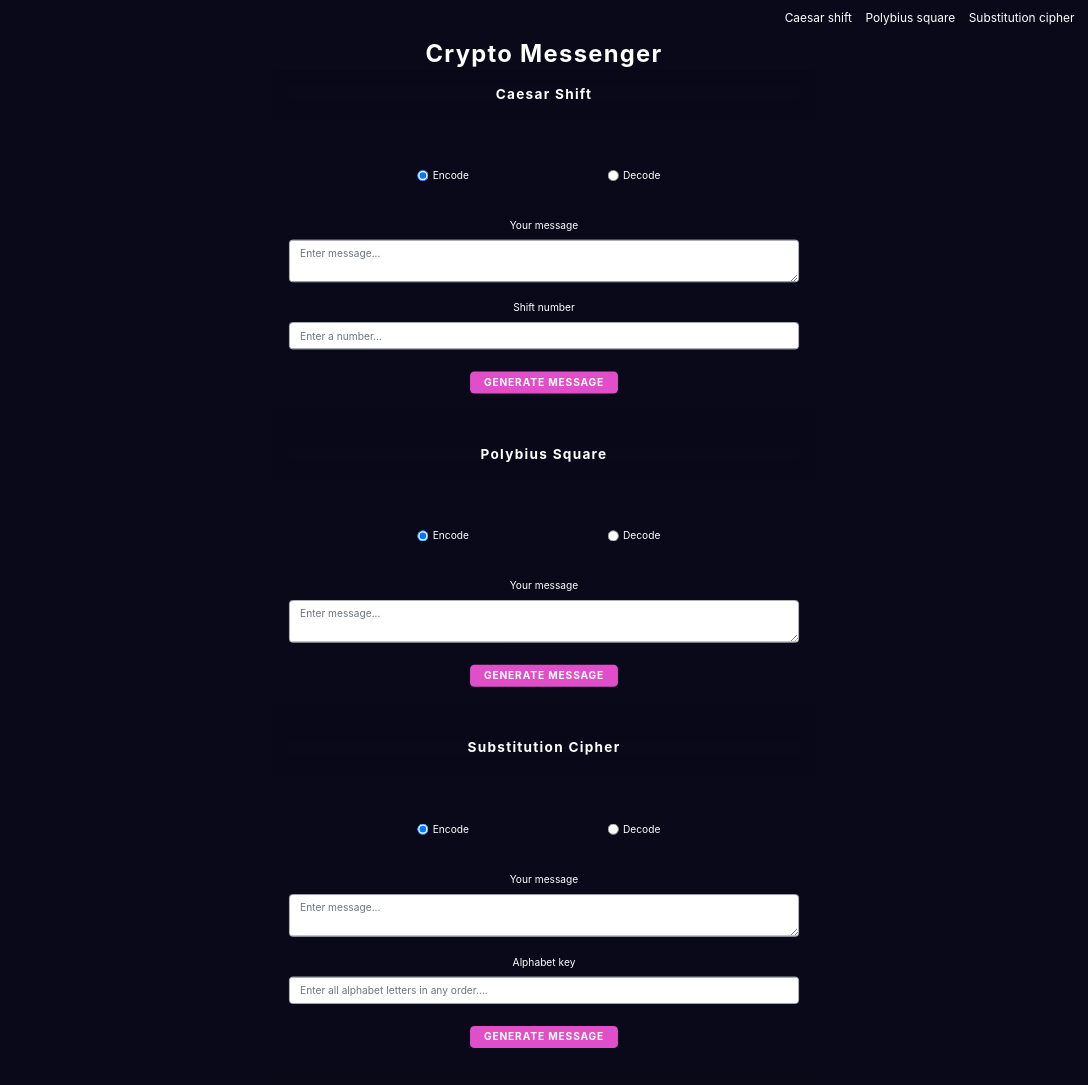
Repository: Rthompson2548/Project-Decoder-Ring
Page: index.html
The author's editor kept a copy of each file at every save. The page is drawn from the files as they stood at one save, then again after a run of saves.
The browser window is 1280 px wide. The pictures show the whole page, at 85% of full size.

Above is the page before, as saved 2022-04-09 20:18:09.

### index.html
<!DOCTYPE html>
<html lang="en">

<head>
  <!-- Required meta tags -->
  <meta charset="utf-8" />
  <meta name="viewport" content="width=device-width, initial-scale=1, shrink-to-fit=no" />
  <link rel="icon" href="images/favicon.ico" />
  <link rel="stylesheet" type="text/css" href="index.css" />
  <link rel="stylesheet" href="https://stackpath.bootstrapcdn.com/bootstrap/4.5.2/css/bootstrap.min.css"
    integrity="sha384-JcKb8q3iqJ61gNV9KGb8thSsNjpSL0n8PARn9HuZOnIxN0hoP+VmmDGMN5t9UJ0Z" crossorigin="anonymous" />
<link rel="preconnect" href="https://fonts.googleapis.com">
<link rel="preconnect" href="https://fonts.gstatic.com" crossorigin>
<link href="https://fonts.googleapis.com/css2?family=Archivo&family=Montserrat&family=Work+Sans&display=swap"
  rel="stylesheet">
  <title>Crypto-Messenger</title>
</head>

<body>
  <header class="container-fluid border-0">
    <div class="nav-bar fixed-top">
      <div class="nav-bar">
        <a href="#caesar-shift"> <span class="nav-bar-item">
            Caesar shift
          </span> </a>
          <a href="#polybius-square"> <span class="nav-bar-item">
            Polybius square
          </span> </a>
          <a href="#substitution-cipher"> <span class="nav-bar-item">
            Substitution cipher
          </span> </a>
      </div>
    </div>
  </header>
  <main>
    <div class="header">
      <span class="page-title">
        Crypto Messenger
      </span>
      <!-- <p>Use ciphers to encode & decode messages</p> -->
      </div>

    <div class="page-content">
      <!-- Caesar Shift -->
      <section>
        <div class="language-card" id="caesar-shift">
          <div class="card-header">
            <h2 class="language-card-title">Caesar Shift</h2>
            </div>
            <div class="card-body">

            <form id="caesar">
<!-- encode/decode radio option buttons -->
              <div class="encode-decode-options">
                <!-- encode option radio button -->
                <div class="form-check form-check-inline">
                  <input class="form-check-input" type="radio" name="caesar-options" id="caesar-options-encode" value="encode" checked />

                  <label class="form-check-label" for="caesar-options-encode">
                    Encode
                  </label>

                </div>
<!-- decode option radio button -->
                <div class="form-check form-check-inline">
                  <input class="form-check-input" type="radio" name="caesar-options" id="caesar-options-decode" value="decode" />

                  <label class="form-check-label" for="caesar-options-decode">
                    Decode
                  </label>

                </div>
              </div>

              <div class="form-group">
                <label for="caesar-input">Your message</label>
                <textarea class="form-control" id="caesar-input" rows="2" placeholder="Enter message..."></textarea>
                </div>
                <div class="form-group">
                  <label for="caesar-shift">Shift number</label>
                  <input type="number" class="form-control" id="caesar-shift" placeholder="Enter a number..." />
                </div>
              <div class="submit-button-container">
                <button class="submit-button" type="submit">GENERATE MESSAGE</button>
              </div>
            </form>
            </div>
          <div id="caesar-alert" class="alert alert-danger d-none" role="alert"> Something went wrong! Check your input
            and the shift amount and try again. </div>
          <div class="card-footer"><span class="font-weight-bold" id="caesar-output"></span> </div>
          </div>
          </section>
      <!-- Polybius -->
      <section>
        <div class="language-card" id="polybius-square">
          <div class="card-header">
            <h2 class="language-card-title">Polybius Square</h2>
            </div>
            <div class="card-body">
            <!-- <p class="language-card-description"> The Polybius Square is a cipher that is achieved by arranging a
              typical alphabet into a grid. Each letter is represented through a coordinate. For example, in the above
              table, the letter "B" would be represented by the numerical pair "21". </p> -->
            <form id="polybius">
              <div class="encode-decode-options">
                <div class="form-check form-check-inline">
                  <input class="form-check-input" type="radio" name="polybius-options" id="polybius-options-encode" value="encode"
                    checked />
                  <label class="form-check-label" for="polybius-options-encode">Encode</label>
                </div>
                <div class="form-check form-check-inline">
                  <input class="form-check-input" type="radio" name="polybius-options" id="polybius-options-decode" value="decode" />
                  <label class="form-check-label" for="polybius-options-decode">Decode</label>
                </div>
              </div>
              <div class="form-group">
                <label for="polybius-input">Your message</label>
                <textarea class="form-control" id="polybius-input" rows="2" placeholder="Enter message..."></textarea>
                </div>
              <div class="submit-button-container">
                <button class="submit-button" type="submit">GENERATE MESSAGE</button>
              </div>
            </form>
            </div>
          <div id="polybius-alert" class="alert alert-danger d-none" role="alert"> Something went wrong! Check your
            input and try again. </div>
          <div class="card-footer"><span class="font-weight-bold" id="polybius-output"></span> </div>
          </div>
          </section>
      <!-- Substitution -->
      <section id="substitution-cipher">
        <div class="language-card">
          <div class="card-header">
            <h2 class="language-card-title">Substitution Cipher</h2>
            </div>
            <div class="card-body">

            <form id="substitution">
              <div class="encode-decode-options">
                <div class="form-check form-check-inline">
                  <input class="form-check-input" type="radio" name="substitution-options" id="substitution-options-encode"
                    value="encode" checked />
                  <label class="form-check-label" for="substitution-options-encode">Encode</label>
                </div>
                <div class="form-check form-check-inline">
                  <input class="form-check-input" type="radio" name="substitution-options" id="substitution-options-decode"
                    value="decode" />
                  <label class="form-check-label" for="substitution-options-decode">Decode</label>
                </div>
              </div>
              <div class="form-group">
                <label for="substitution-input">Your message</label>
                <textarea class="form-control" id="substitution-input" rows="2" placeholder="Enter message..."></textarea>
                </div>
                <div class="form-group">
                  <label for="substitution-alphabet">Alphabet key</label>
                  <input type="text" class="form-control" id="substitution-alphabet" maxlength="26"
                    placeholder="Enter all alphabet letters in any order...." />
                </div>
              <div class="submit-button-container">
                <button class="submit-button" type="submit">GENERATE MESSAGE</button>
              </div>
            </form>
            </div>
          <div id="substitution-alert" class="alert alert-danger rounded-0 d-none" role="alert"> Something went wrong!
            Check your input and alphabet key. </div>
          <div class="card-footer border-0"><span class="font-weight-bold" id="substitution-output"></span> </div>
          </div>
          </section>
    </div>

  </main>
  <script src="./scripts/setup.js"></script>
  <script src="./src/caesar.js"></script>
  <script src="./src/polybius.js"></script>
  <script src="./src/substitution.js"></script>
  <script src="./scripts/caesar.js"></script>
  <script src="./scripts/polybius.js"></script>
  <script src="./scripts/substitution.js"></script>
</body>

</html>

### index.css
* {
  background-color: rgb(9 9 25);
  color: #fff;
  margin: 0;
  padding: 0;
}

html, body, #page {
    /* height:100%; */
    /* width:100%; */
    margin:0;
    padding:0;
    font-family: 'Montserrat', sans-serif;
}

input, textarea {
  font-size: 12px !important;
}

.page-content {
  /* font-family: 'Space Mono', monospace; */
  align-items: center;
  /* width: 750px; */
}

.page-title {
  color: #fff;
  font-size: 28px;
  font-weight: bold;
  display: flex;
  letter-spacing: 1.5px;
  justify-content: center;
  margin-top: 42px;
}

.nav-bar {
  display: flex;
  justify-content: center;
  padding: 4px 0;
}

.nav-bar-item {
  font-size: 14px;
  margin-right: 16px;
}

.header {
  display: flex;
  justify-content: center;
}

.encode-decode-options {
  display: flex;
  justify-content: space-evenly;
  margin: 36px 0;
  font-size: 15px;
}

section {
  text-align: center;
}

label {

}

.language-card {
  display: inline-block;
  width: 50%;
  color: #000;
  border: none;
  border-radius: 8px;
  margin: 0 10%;
}

.language-card-title {
  font-size: 20px;
  font-weight: bold;
  letter-spacing: 1.5px;
  margin-top: 5px;
}

.language-card-description {
  font-size: 14px;
  line-height: 1.5rem;
  letter-spacing: 0.5px;
  margin-bottom: 18px;
}

.submit-button-container {
  display: flex;
  justify-content: center;
}

.submit-button {
  background-color: rgb(225 78 202);
  border: none;
  color: #fff;
  border-radius: 5px;
  padding: 4px 16px;
  margin-top: 10px;
  font-size: 12px;
  letter-spacing: 1px;
  font-weight: bold;
}

@media (min-width: 1000px) {

  .page-content {

  }

  .nav-bar {
    justify-content: end;
  }

  .language-card-title {
    font-size: 16px;
  }

  .language-card-description {
    font-size: 12px;
  }

  label {
    font-size: 12px;
  }
}

### src/caesar.js
const caesarModule = (function() {
    function caesar(input, shift, encode = true) {
        if (!shift || shift === 0 || shift < -25 || shift > 25) return false;
        /* create a variable that takes the input value and converts it to lower case letters so that all characters have the correct ascii values */
        let word = input.toLowerCase().split("");

        /** will subtract the shift value from the word if "decode" to return the original letters of the word */
        if (!encode) shift = 0 - shift;
        // create a variable that maps each letter of the word
        const message = word.map((letter) => {
            let asciiValue = letter.charCodeAt(0) - 97;
            if (asciiValue < 0 || asciiValue > 26) return letter;

            /* add the ascii code value of the letter to the
            shift argument value to convert  it to the right
            character */
            asciiValue += shift;

            /* if the character's value is less than the 'a' value,
            add 26 to it so that it wraps around the alphabet. */
            if (asciiValue < 0) asciiValue += 26;
            asciiValue = asciiValue % 26;

            /* why do we add the ascii value to 97, which is 'a', if
            we already added it's ascii value to shift? Isn't that how
            we encode the message? */

            asciiValue += 97;

            /* user String.fromCharCode to connect the ascii
            code message back to letter values */
            return String.fromCharCode(asciiValue);
        });

        /* join each new character together to create a full word */
        return message.join("");
    }


    return {
        caesar,
    };
})();

module.exports = {
    caesar: caesarModule.caesar
};

### src/polybius.js
const polybiusModule = (function() {
    function polybius(input, encode = true) {
        /* create a variable that takes the input message, converts it all to lowercase, and use split to return an array of each letter separated by a single comma */
        const split = input.toLowerCase().split("");
        /* create an array of every letter(s) in the polybius square. This array will be separated into multiple inner arrays of letters within the array according to their row */
        const polybiusSquare = [
            ["a", "b", "c", "d", "e"],
            ["f", "g", "h", "(i/j)", "k"],
            ["l", "m", "n", "o", "p"],
            ["q", "r", "s", "t", "u"],
            ["v", "w", "x", "y", "z"],
        ];
        /* create an if statement for what to do if the inputted message should be encoded */
        if (encode) {
            /* create a variable that uses map method on the lowercase message */
            const codedMessage = split.map((letter) => {
                /* create a variable that takes each character from the inputted message array and converts it into it's unicode value. */
                const asciiLetterValue = letter.charCodeAt(0);
                /* use an if statement to return only characters between
                   lowercase 'a' and 'z' ascii values, as well as checking that
                   the character is not a space  */
                if ((asciiLetterValue < 97 || asciiLetterValue > 122) && asciiLetterValue != 32) return;
                /* run a for loop through the polybius square array */
                for (let i = 0; i < polybiusSquare.length; i++) {
                    /* run a for loop within that for loop through each inner array */
                    for (let j = 0; j < polybiusSquare[i].length; j++) {
                        if (polybiusSquare[i][j] === letter) return `${j + 1}${i + 1}`;
                        if (letter === "i" || letter === "j") return "42";
                        if (letter === " ") return " ";
                    }
                }
            });
            /* return the variable that split and lower case'd the original message argument */
            return codedMessage.join("");
        }

        /* decode */

        /* set a variable as an empty string to hold decoded message */
        let codedMessage = "";
        /* run a for loop through the message array, but increment i by 2, because each encoded character amounts to 2 number values */
        for (let i = 0; i < split.length; i += 2) {
            /* create an if statement that checks if the value in the message is a space */
            if (split[i] === " ") {
                /* if the value is true, then add a space string to the decoded message string */
                codedMessage += " ";
                /* switch incrementor to go back one "a" value in order to not include the next number in the string */
                i--;
                /* run a continue statement, which will terminate the i-1 incrementor and return back to a+=2 for the next numbers in the string*/
                continue;
            }
            if (!split[i + 1]) return false; // invalid number of characters
            codedMessage += polybiusSquare[split[i + 1] - 1][split[i] - 1];
        }
        // return the coded message

        return codedMessage;
    }

    return {
        polybius,
    };
})();

module.exports = {
    polybius: polybiusModule.polybius
};

### src/substitution.js
const substitutionModule = (function () {
/* helper function for message and both alphabet strings */
    function mapInput(message, alphabetA, alphabetB) {

        /* use the map method on the input message */
        return message.map((letter) => {
            const index = alphabetA.indexOf(letter);
            /* if statement that returns any characters that
             were not found in the string */
            if (index === -1) return letter;
            return alphabetB[index];
        });
    }

  function substitution(input, alphabet, encode = true) {
        if (!alphabet || alphabet.length != 26) return false;

        /* variable that takes the correct alphabet
        string and returns an array of the letters, separated by a comma */
        const abc = "abcdefghijklmnopqrstuvwxyz".split("");

        /* variable that takes the alphabet argument and
        returns it in lower case, separated by commas */
        const splitAlphabet = alphabet.toLowerCase().split("");

        /* variable that takes the message argument,
        and returns it converted to lower case and separated
        by commas */
        const message = input.toLowerCase().split("");

        /* use a nested for loop to compare the characters
          in the alphabet argument to check for uniqueness */
        for (let i = 0; i < splitAlphabet.length; i++) {
            for (let j = i + 1; j < splitAlphabet.length; j++) {
                if (splitAlphabet[i] === splitAlphabet[j]) return false;
            }
        }

        if (encode) return mapInput(message, abc, splitAlphabet).join("");
        return mapInput(message, splitAlphabet, abc).join("");
}

  return {
    substitution,
  };
})();

module.exports = { substitution: substitutionModule.substitution };

### scripts/caesar.js
function caesarRenderer() {

  const form = document.querySelector("#caesar");

  form.addEventListener("submit", (event) => {
    event.preventDefault();

    /** grabs input value via the textarea's id */
    const input = event.target["caesar-input"].value;

    /** direction will be either "encode" or "decode" */
    const direction = event.target["caesar-options"].value;

    /** grabs the value of the shift number input (aka the number to shift the message by) */
    const shift = event.target["caesar-shift"].value;

    /** sets the value of the shift in integer form */
    const result =
      direction === "encode"
        ? caesarModule.caesar(input, Number(shift))
        : caesarModule.caesar(input, Number(shift), false);

    const alert = document.querySelector("#caesar-alert");

    if (result) {
      alert.classList.add("d-none");
      const output = document.querySelector("#caesar-output");
      output.innerHTML = result;
    } else {
      alert.classList.remove("d-none");
    }
  });
}

document.addEventListener("DOMContentLoaded", caesarRenderer);

### scripts/polybius.js
function polybiusRenderer() {
  const form = document.querySelector("#polybius");
  form.addEventListener("submit", (event) => {
    event.preventDefault();

    const input = event.target["polybius-input"].value;
    const direction = event.target["polybius-options"].value;
    const result =
      direction === "encode"
        ? polybiusModule.polybius(input)
        : polybiusModule.polybius(input, false);

    const alert = document.querySelector("#polybius-alert");
    if (result) {
      alert.classList.add("d-none");
      const output = document.querySelector("#polybius-output");
      output.innerHTML = result;
    } else {
      alert.classList.remove("d-none");
    }
  });
}

document.addEventListener("DOMContentLoaded", polybiusRenderer);

### scripts/substitution.js
function substitutionRenderer() {
  const form = document.querySelector("#substitution");
  form.addEventListener("submit", (event) => {
    event.preventDefault();

    const input = event.target["substitution-input"].value;
    const direction = event.target["substitution-options"].value;
    const alphabet = event.target["substitution-alphabet"].value;
    const result =
      direction === "encode"
        ? substitutionModule.substitution(input, alphabet)
        : substitutionModule.substitution(input, alphabet, false);

    const alert = document.querySelector("#substitution-alert");
    if (result) {
      alert.classList.add("d-none");
      const output = document.querySelector("#substitution-output");
      output.innerHTML = result;
    } else {
      alert.classList.remove("d-none");
    }
  });
}

document.addEventListener("DOMContentLoaded", substitutionRenderer);

Loaded but not shown: scripts/setup.js (common file)

After the next 3 saves:
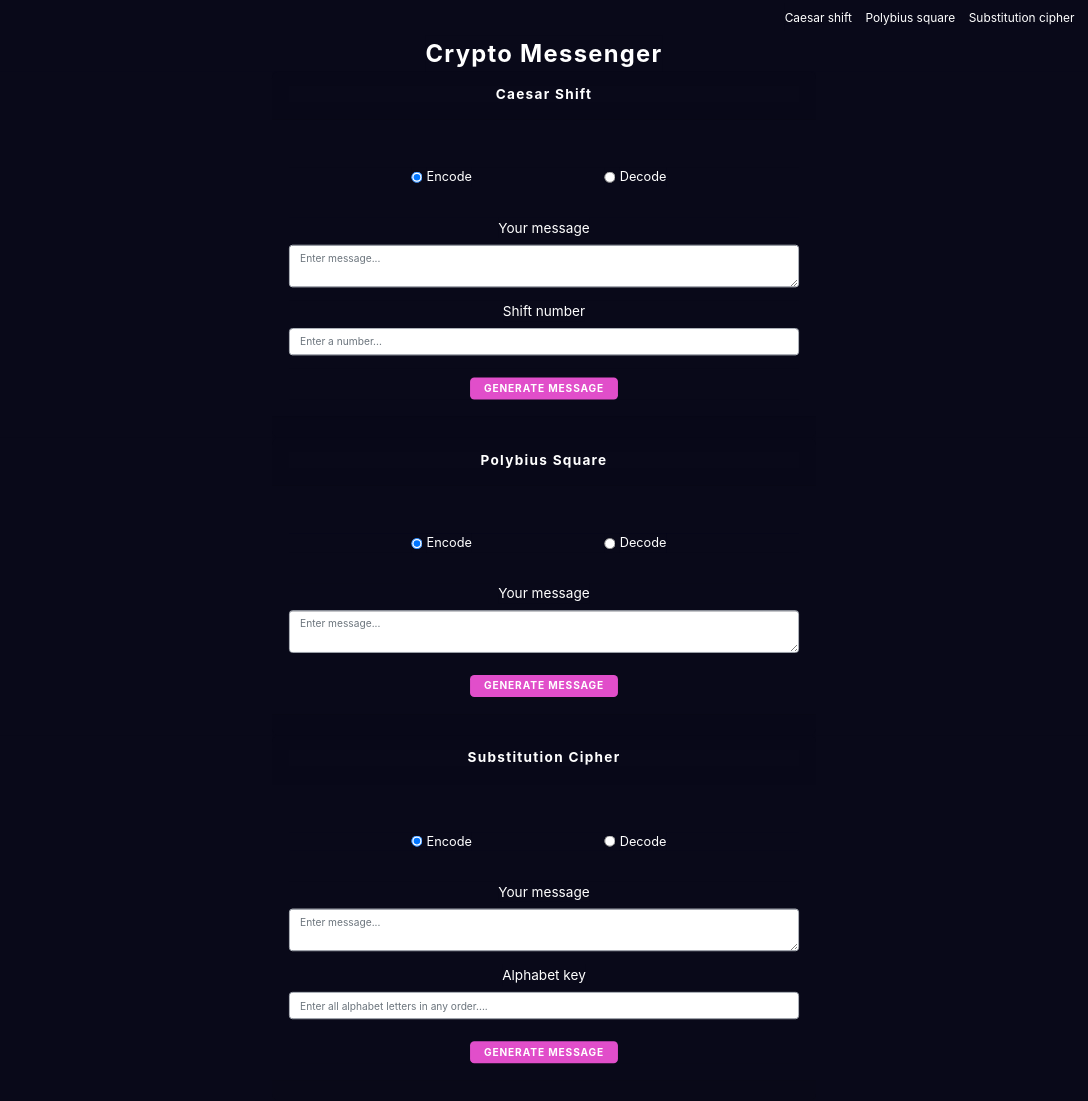
The 3 saves are shown as one change because they came seconds apart.
The last was saved 13 s later.
--- a/index.css
+++ b/index.css
@@ -122,7 +122,5 @@ label {
     font-size: 12px;
   }
 
-  label {
-    font-size: 12px;
-  }
+
 }
